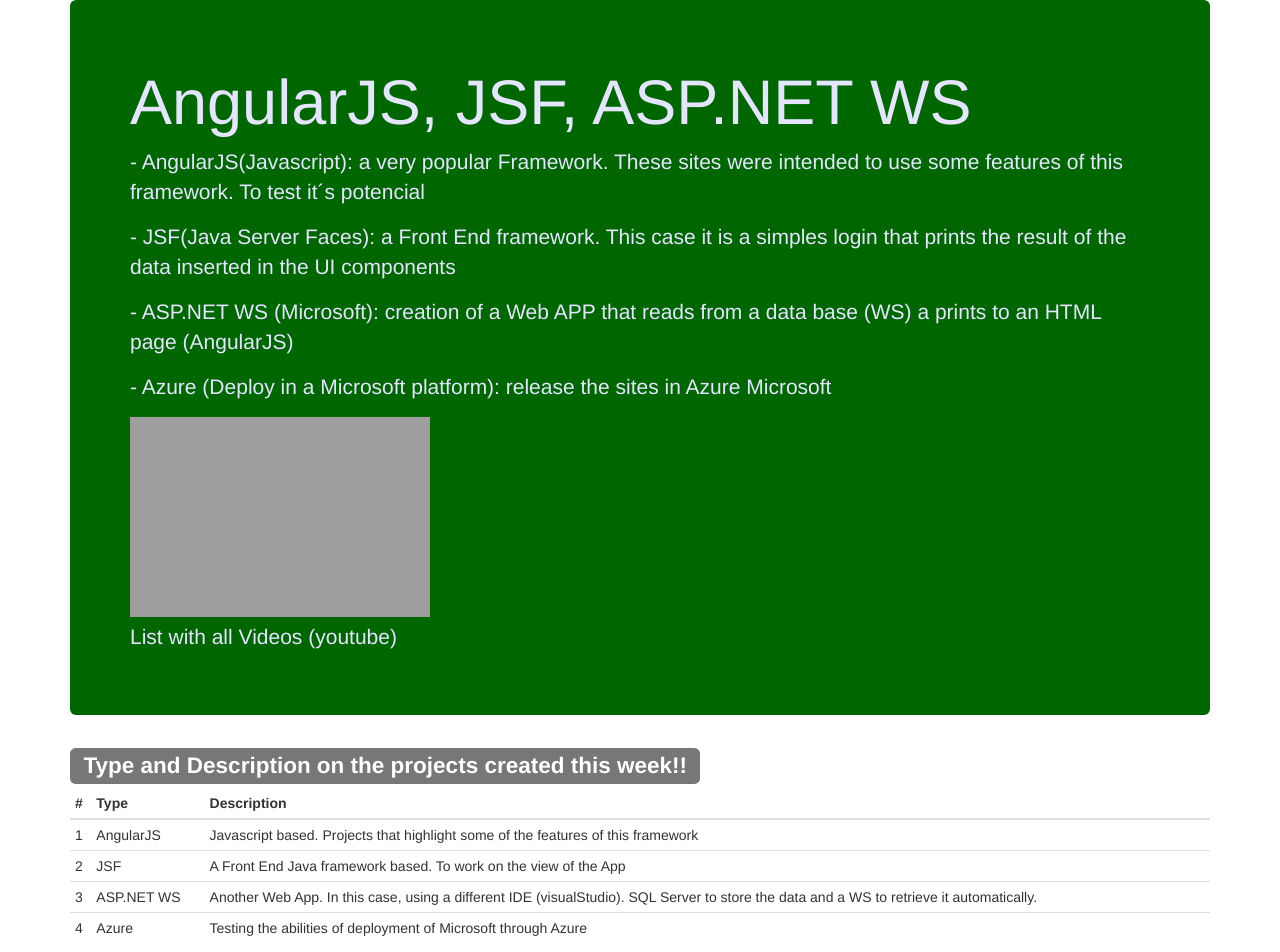
Repository: atafs/Deploy_GoogleAppEngine_webAPPS
Page: Project_002_Deploy_americotomasLIB/war/index.html
An editor plug-in stored every save of this project. The page is shown before and after the next save, followed by the edit.
The browser window is 1280 px wide. The pictures show the part of the page from y = 0 to 952 px (the page is 2904 px tall).
Pictures or frames that could not be fetched are drawn as grey boxes.

Above is the page before, as saved 2016-02-04 17:28:27.
Console error (its wording comes from the project's code and is left out).

### Project_002_Deploy_americotomasLIB/war/index.html
<!DOCTYPE html>
<html lang="en">
<head>
<meta charset="utf-8">
<meta http-equiv="X-UA-Compatible" content="IE=edge">
<meta name="viewport" content="width=device-width, initial-scale=1">
<!-- The above 3 meta tags *must* come first in the head; any other head content must come *after* these tags -->
<meta name="description" content="">
<meta name="author" content="">
<link rel="icon" href="../../favicon.ico">

<title>AmericoTomas Proj</title>

</head>
<body role="document">
	<div class="container theme-showcase" role="main">
		<!-- Main jumbotron for a primary marketing message or call to action -->
		<div style="background-color: #006600; color: #e5e5ff" class="jumbotron">
			<h1>AngularJS, JSF, ASP.NET WS</h1>
			<p>- AngularJS(Javascript): a very popular Framework. These sites were intended to use some features of this framework. To test it´s potencial</p>
			<p>- JSF(Java Server Faces): a Front End framework. This case it is a simples login that prints the result of the data inserted in the UI components</p>
			<p>- ASP.NET WS (Microsoft): creation of a Web APP that reads from a data base (WS) a prints to an HTML page (AngularJS)</p>
			<p>- Azure (Deploy in a Microsoft platform): release the sites in Azure Microsoft </p>

			<iframe width="300" height="200" src="https://www.youtube.com/embed/videoseries?list=PLBaNeIDelX0LWugK_EMfT9q_S85-bH_qY" frameborder="0" allowfullscreen></iframe>
			<p>List with all Videos (youtube)</p>

		</div>
		<h2>
			<span class="label label-default">Type and Description on the
				projects created this week!!</span>
		</h2>
		<div class="row-md-6">
			<table class="table table-condensed">
				<thead>
					<tr>
						<th>#</th>
						<th>Type</th>
						<th>Description</th>
					</tr>
				</thead>
				<tbody>
					<tr>
						<td>1</td>
						<td>AngularJS</td>
						<td>Javascript based. Projects that highlight some of the features of this framework </td>
					</tr>
					<tr>
						<td>2</td>
						<td>JSF</td>
						<td>A Front End Java framework based. To work on the view of the App</td>
					</tr>
					<tr>
						<td>3</td>
						<td>ASP.NET WS</td>
						<td>Another Web App. In this case, using a different IDE (visualStudio). SQL Server to store the data and a WS to retrieve it automatically. </td>
					</tr>
					<tr>
						<td>4</td>
						<td>Azure</td>
						<td>Testing the abilities of deployment of Microsoft through Azure</td>
					</tr>
				</tbody>
			</table>
		</div>
		<div class="row"></div>
		<!-- /.col-sm-4 -->
		<div class="row-sm-4"  style="text-align: center">
			<div class="panel panel-default">
				<div class="panel-heading">
					<h3 class="panel-title">1- AngularJS</h3>
				</div>
				<div class="panel-body">
					<h2>
						<span class="label label-success" style="color: white;">FrontEnd_JS_Angular - Proj01-14</span>
					</h2>
					<iframe width="560" height="315" src="https://www.youtube.com/embed/Ko11xbZfoR0?list=PLBaNeIDelX0LWugK_EMfT9q_S85-bH_qY" frameborder="0" allowfullscreen></iframe>
			</div>

			<div class="panel panel-default">
				<div class="panel-heading">
					<h3 class="panel-title">2- Java Server Faces</h3>
				</div>
				<div class="panel-body">
					<div>
						<h2>
							<span class="label label-success" style="color: white;">FrontEnd_Java_JSF - Proj01-02</span>
						</h2>
						<iframe width="560" height="315" src="https://www.youtube.com/embed/knD61DM7_cI?list=PLBaNeIDelX0LWugK_EMfT9q_S85-bH_qY" frameborder="0" allowfullscreen></iframe>
					</div>
				</div>
			</div>
			<div class="panel panel-default">
				<div class="panel-heading">
					<h3 class="panel-title">ASP.NET WS</h3>
				</div>
				<div class="panel-body">
					<h2>
						<span class="label label-success" style="color: white;">BackEnd_C-Sharp_ASP_NET_WS_AngularJS - Proj01-02</span>
					</h2>
					<iframe width="560" height="315" src="https://www.youtube.com/embed/n4GIGLrWXkw?list=PLBaNeIDelX0LWugK_EMfT9q_S85-bH_qY" frameborder="0" allowfullscreen></iframe>
				</div>
			</div>
			<div class="panel panel-default">
				<div class="panel-heading">
					<h3 class="panel-title">4- Sites of these APPS</h3>
				</div>
				<div class="panel-body">
					 <div style="text-align: left">
				        <h4>Sites of One Page for an AngularJS simple Features:</h4>
				        <p> - Site01: <a href="http://americotomaslib001nodejsfirst.azurewebsites.net/">001nodejsfirst</a></p>
				        <p> - Site02: <a href="http://americotomaslib002nodejslibandbinding.azurewebsites.net/">002nodejslibandbinding.</a></p>
				        <p> - Site03: <a href="http://americotomaslib003nodejsmoduleandcontroller.azurewebsites.net/">003nodejsmoduleandcontroller</a></p>
				        <p> - Site04: <a href="http://americotomaslib004nodejscontrollers.azurewebsites.net/">004nodejscontrollers</a></p>
				        <p> - Site05: <a href="http://americotomaslib005nodejssrcdirective.azurewebsites.net/">005nodejssrcdirective</a></p>
				        <p> - Site06: <a href="http://americotomaslib006twowaydatabinding.azurewebsites.net/">006twowaydatabinding</a></p>
				        <p> - Site07: <a href="http://americotomaslib007ngrepeat.azurewebsites.net/">007ngrepeat</a></p>
				        <p> - Site08: <a href="http://americotomaslib008buttonevents.azurewebsites.net/">008buttonevents</a></p>
				        <p> - Site09: <a href="http://americotomaslib009filters.azurewebsites.net/">009filters</a></p>
				        <p> - Site10: <a href="http://americotomaslib010filterexactmatch.azurewebsites.net/">010filterexactmatch</a></p>
				        <p> - Site11: <a href="http://americotomaslib011nghideshow.azurewebsites.net/">011nghideshow</a></p>
				        <p> - Site12: <a href="http://americotomaslib012nginit.azurewebsites.net/">012nginit</a></p>
				        <p> - Site13: <a href="http://americotomaslib013anchorscroll.azurewebsites.net/">013anchorscroll</a></p>
    				</div>
				</div>
			</div>
		</div>
	</div>
	<!-- /container -->

	<!-- Latest compiled and minified CSS -->
	<link rel="stylesheet"
		href="https://maxcdn.bootstrapcdn.com/bootstrap/3.3.6/css/bootstrap.min.css"
		integrity="sha384-1q8mTJOASx8j1Au+a5WDVnPi2lkFfwwEAa8hDDdjZlpLegxhjVME1fgjWPGmkzs7"
		crossorigin="anonymous">

	<!-- Optional theme -->
	<link rel="stylesheet"
		href="https://maxcdn.bootstrapcdn.com/bootstrap/3.3.6/css/bootstrap-theme.min.css"
		integrity="sha384-fLW2N01lMqjakBkx3l/M9EahuwpSfeNvV63J5ezn3uZzapT0u7EYsXMjQV+0En5r"
		crossorigin="anonymous">

	<!-- Latest compiled and minified JavaScript -->
	<script
		src="https://maxcdn.bootstrapcdn.com/bootstrap/3.3.6/js/bootstrap.min.js"></script>
</body>
</html>

After the next save:
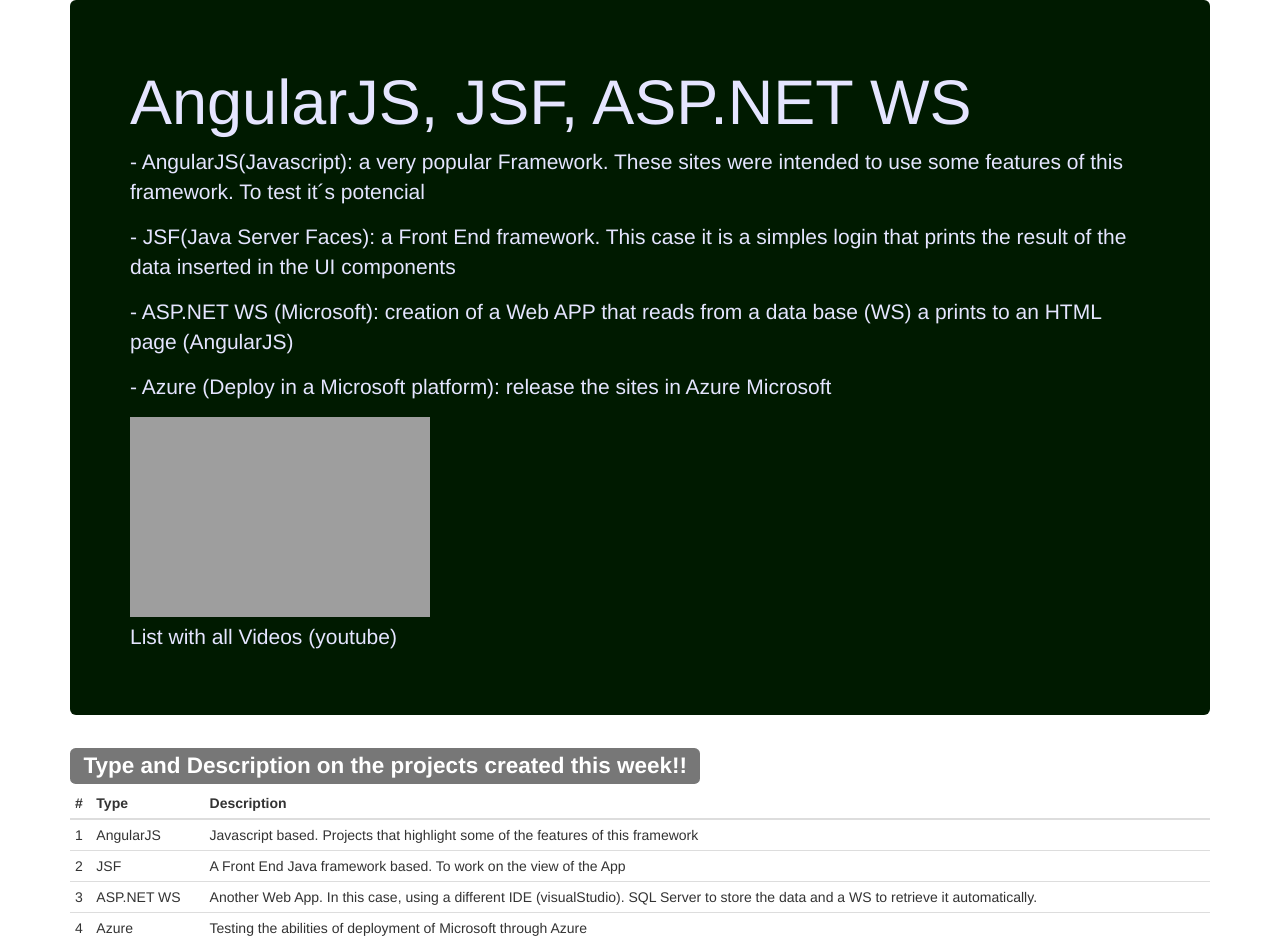
Saved 18 s later.
--- a/Project_002_Deploy_americotomasLIB/war/index.html
+++ b/Project_002_Deploy_americotomasLIB/war/index.html
@@ -15,7 +15,7 @@
 <body role="document">
 	<div class="container theme-showcase" role="main">
 		<!-- Main jumbotron for a primary marketing message or call to action -->
-		<div style="background-color: #006600; color: #e5e5ff" class="jumbotron">
+		<div style="background-color: #001a00; color: #e5e5ff" class="jumbotron">
 			<h1>AngularJS, JSF, ASP.NET WS</h1>
 			<p>- AngularJS(Javascript): a very popular Framework. These sites were intended to use some features of this framework. To test it´s potencial</p>
 			<p>- JSF(Java Server Faces): a Front End framework. This case it is a simples login that prints the result of the data inserted in the UI components</p>

After the save that followed:
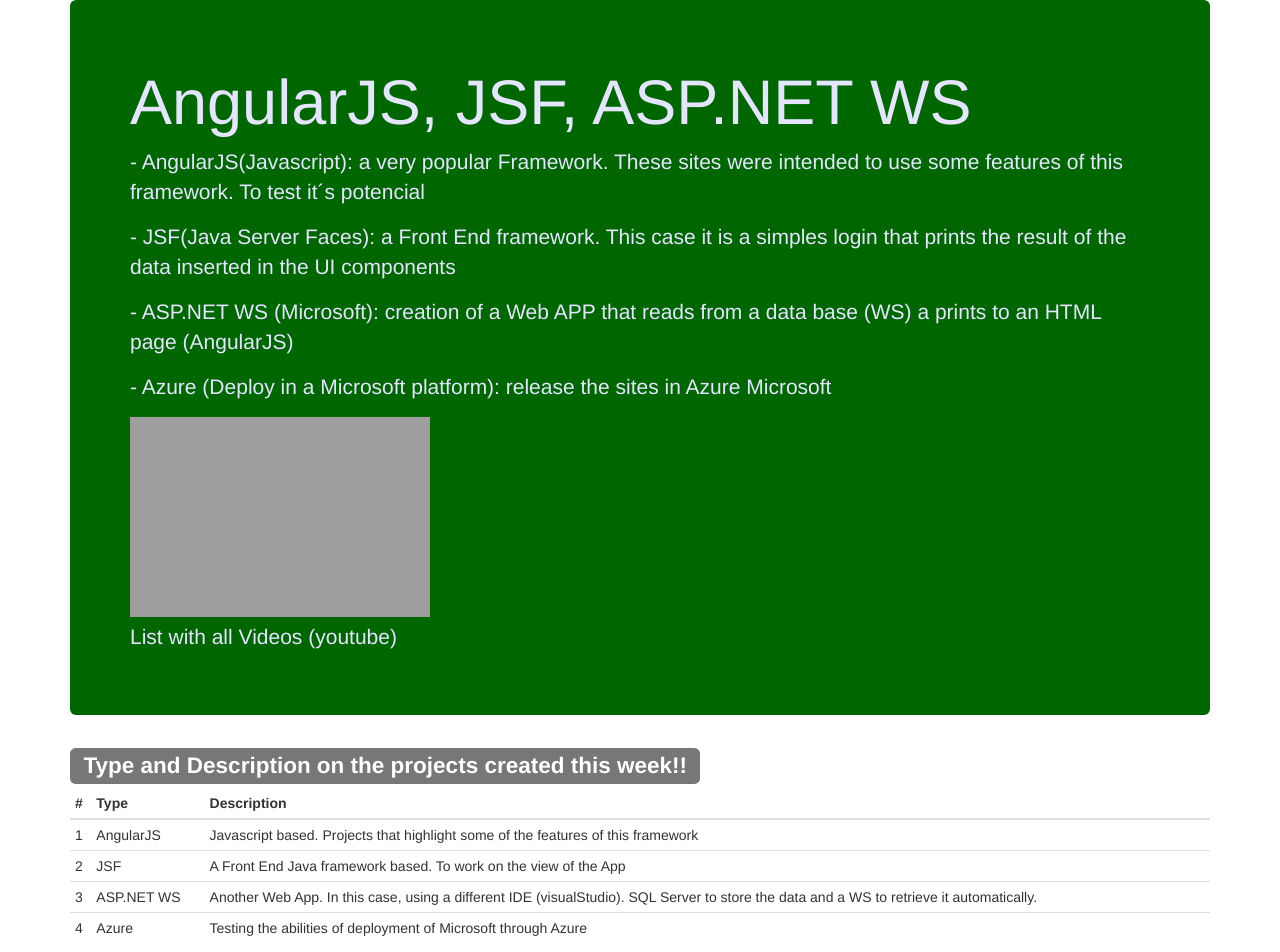
Saved 30 s later.
--- a/Project_002_Deploy_americotomasLIB/war/index.html
+++ b/Project_002_Deploy_americotomasLIB/war/index.html
@@ -15,7 +15,7 @@
 <body role="document">
 	<div class="container theme-showcase" role="main">
 		<!-- Main jumbotron for a primary marketing message or call to action -->
-		<div style="background-color: #001a00; color: #e5e5ff" class="jumbotron">
+		<div style="background-color: #006600; color: #e5e5ff" class="jumbotron">
 			<h1>AngularJS, JSF, ASP.NET WS</h1>
 			<p>- AngularJS(Javascript): a very popular Framework. These sites were intended to use some features of this framework. To test it´s potencial</p>
 			<p>- JSF(Java Server Faces): a Front End framework. This case it is a simples login that prints the result of the data inserted in the UI components</p>
